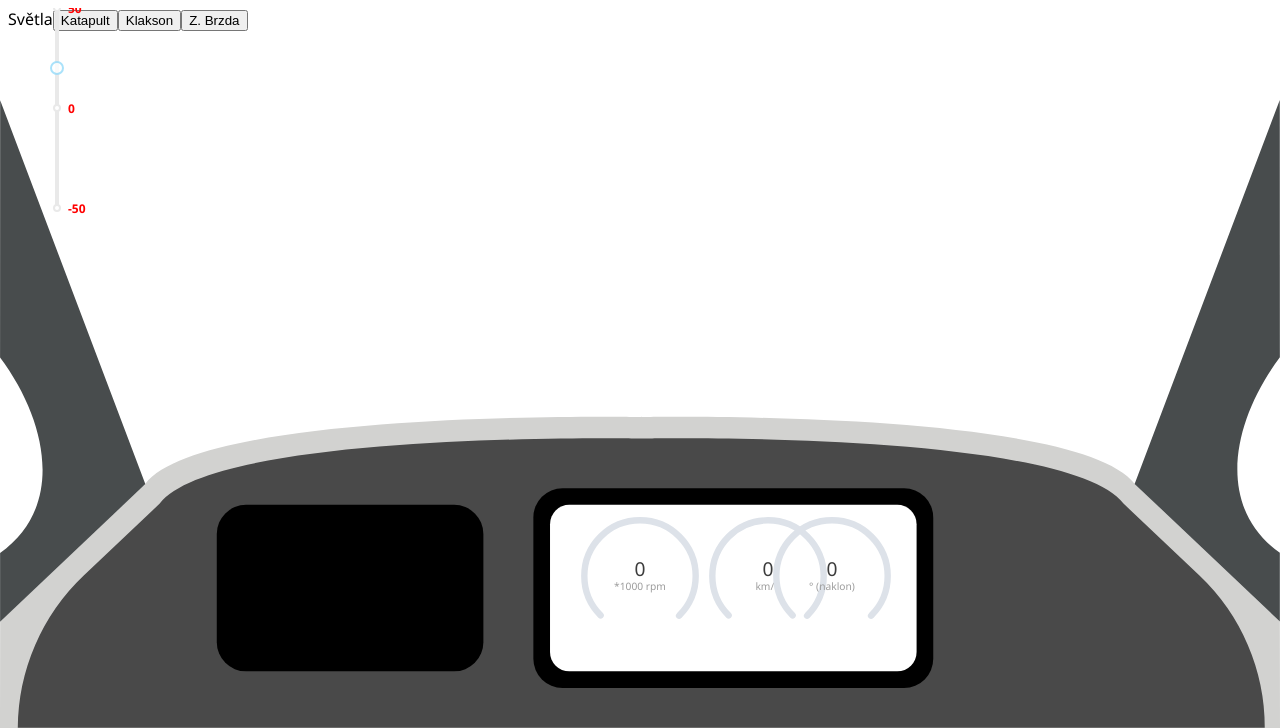
Repository: matyasvelc/train
Page: / (app in frontend/)
The author's editor kept a copy of each file at every save. The page is drawn from the files as they stood at one save, then again after the next save.
The browser window is 1280 px wide. The page is 1288 px wide, then 1280 px, so the pictures cover 1288 px, including what lies to the right of the window. The pictures show the whole page.
The page's requests for data from a server got no answer. The project was rebuilt for these pictures with package versions that can differ from the ones it lists, and the page was loaded fresh each time. No one was signed in, and anything a server would have sent is missing.

Above is the page before, as saved 2022-04-04 17:46:14.

After the next save:
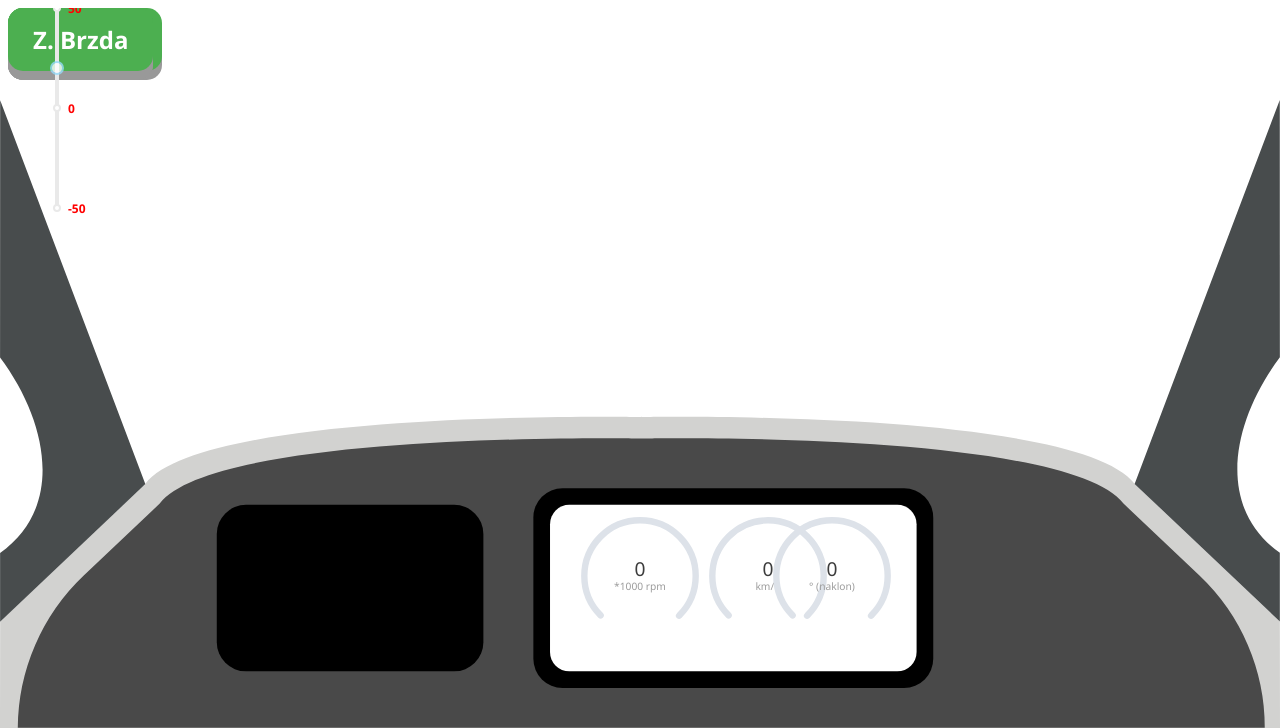
Saved 10 s later.
--- a/frontend/src/styles.css
+++ b/frontend/src/styles.css
@@ -46,9 +46,7 @@ body {
   left: 60%;
   width: 10%;
 }
-
-.buttona{
-  position: absolute;
+.button {
   font-family: 'Segoe UI', Tahoma, Geneva, Verdana, sans-serif;
   display: inline-block;
   padding: 15px 25px;
@@ -65,89 +63,32 @@ body {
   caret-color: transparent;
   user-select: none;
   font-weight:600;
+  position: absolute;
 }
-.buttonb{
-  position: absolute;
-  top: 82%;
-  left: 28%;
-  font-family: 'Segoe UI', Tahoma, Geneva, Verdana, sans-serif;
-  display: inline-block;
-  padding: 15px 25px;
-  font-size: 24px;
-  cursor: pointer;
-  text-align: center;
-  text-decoration: none;
-  outline: none;
-  color: #fff;
-  background-color: #4CAF50;
-  border: none;
-  border-radius: 15px;
-  box-shadow: 0 9px #999;
-  caret-color: transparent;
-  user-select: none;
-  font-weight:600;
-}
-.buttonc{
-  position: absolute;
-  top: 71.5%;
-  left: 28.1%;
-  font-family: 'Segoe UI', Tahoma, Geneva, Verdana, sans-serif;
-  display: inline-block;
-  padding: 15px 25px;
-  font-size: 24px;
-  cursor: pointer;
-  text-align: center;
-  text-decoration: none;
-  outline: none;
-  color: #fff;
-  background-color: #4CAF50;
-  border: none;
-  border-radius: 15px;
-  box-shadow: 0 9px #999;
-  caret-color: transparent;
-  user-select: none;
-  font-weight:600;
-}
-.buttond{
-  position: absolute;
-  top: 71.5%;
-  left: 19%;
-  font-family: 'Segoe UI', Tahoma, Geneva, Verdana, sans-serif;
-  display: inline-block;
-  padding: 15px 25px;
-  font-size: 24px;
-  cursor: pointer;
-  text-align: center;
-  text-decoration: none;
-  outline: none;
-  color: #fff;
-  background-color: #4CAF50;
-  border: none;
-  border-radius: 15px;
-  box-shadow: 0 9px #999;
-  caret-color: transparent;
-  user-select: none;
-  font-weight:600;
-}
-.buttona:active {
+.button:active {
   background-color: #3e8e41;
   box-shadow: 0 5px #666;
   transform: translateY(4px);
 }
-.buttonb:active {
-  background-color: #3e8e41;
-  box-shadow: 0 5px #666;
-  transform: translateY(4px);
+.buttona{
+  position: absolute;
+  top: 82%;
+  left: 19.7%;
 }
-.buttonc:active {
-  background-color: #3e8e41;
-  box-shadow: 0 5px #666;
-  transform: translateY(4px);
+.b{
+  position: absolute;
+  top: 82%;
+  left: 28%;
 }
-.buttond:active {
-  background-color: #3e8e41;
-  box-shadow: 0 5px #666;
-  transform: translateY(4px);
+.c{
+  position: absolute;
+  top: 71.5%;
+  left: 28.1%;
+}
+.d{
+  position: absolute;
+  top: 71.5%;
+  left: 19%;
 }
 .svetla{
   display: none;
